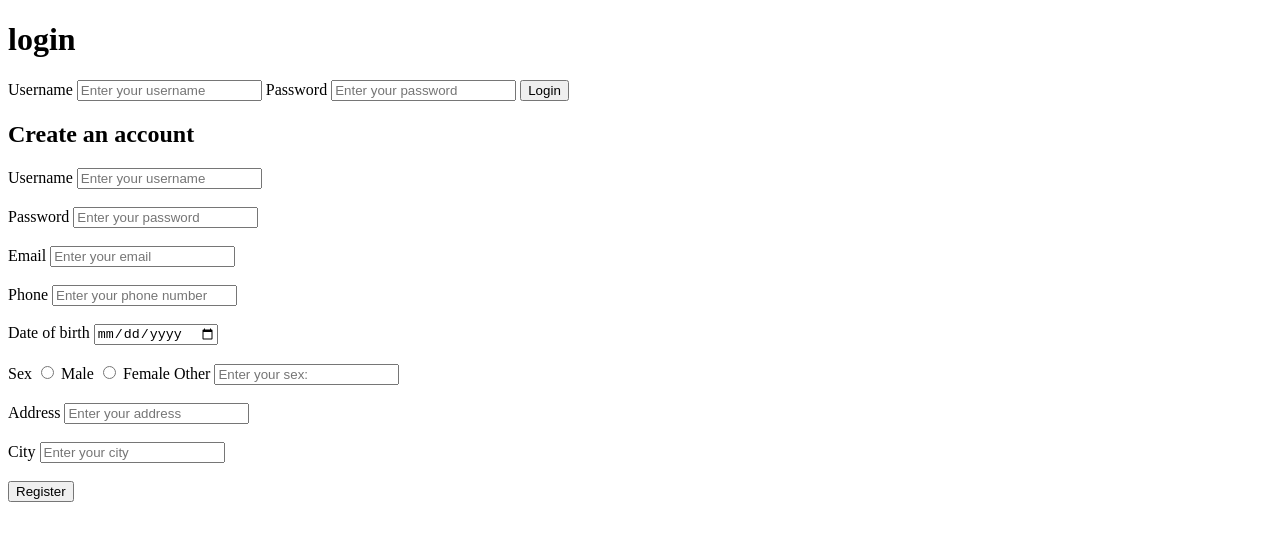
Repository: bao2222/hoc-lam-web
Page: welcome.html
The author's editor kept a copy of each file at every save. The page is drawn from the files as they stood at one save, then again after the next save.
The browser window is 1280 px wide. The pictures show the whole page.

Above is the page before, as saved 2024-12-30 09:01:43.

### welcome.html
<!DOCTYPE html>
<html lang="en">

    <head>
        <meta charset="UTF-8">
        <title>Welcome</title>
        <meta content = "this is my website" name = "description">
        <meta author = "me">




    </head>

    <body>
        <h1>login</h1>
        <div>
            <div class="login">
                <form action="project.js" method="POST" >

                    <label for="username">Username</label>
                    <input type="text" id="username" placeholder="Enter your username" name="username" required>

                    <label for="password">Password</label>
                    <input type="password" id="password" placeholder="Enter your password" name="password" required>

                    <button type="submit">Login</button>

                </form>
            </div>

            <h2>Create an account</h2>
            <div>
                <div class="register">
                    <form action="project.js" method="POST" >

                        <label for="register_username">Username</label>
                        <input type="text" id="register_username" placeholder="Enter your username" name="register_username" required><br><br>

                        <label for="register_password">Password</label>
                        <input type="password" id="register_password" placeholder="Enter your password" name="password" required><br><br>

                        <label for="register_email">Email</label>
                        <input type="email" id="register_email" placeholder="Enter your email" name="email" required><br><br>

                        <label for="register_phone">Phone</label>
                        <input type="tel" id="register_phone" placeholder="Enter your phone number" name="phone" required><br><br>

                        <label for="register_dob">Date of birth</label>
                        <input type="date" id="register_dob" placeholder="Enter your date of birth" name="dob" required><br><br>

                        <label for="register_sex">Sex</label>
                        <input type="radio" id="register_male" name="sex" value="male" required>
                        <label for="register_male">Male</label>
                        <input type="radio" id="register_female" name="sex" value="female" required>
                        <label for="register_female">Female</label>
                        <label for="register_other">Other</label>
                        <input type="text" id="register_other" placeholder="Enter your sex: " name="other" required><br><br>

                        <label for="register_address">Address</label>
                        <input type="text" id="register_address" placeholder="Enter your address" name="address" required><br><br>

                        <label for="register_city">City</label>
                        <input type="text" id="register_city" placeholder="Enter your city" name="city" required><br><br>


                        <button type="submit">Register</button>

                    </form>



                </div>


            </div>



        </div>





    </body>





</html>

After the next save:
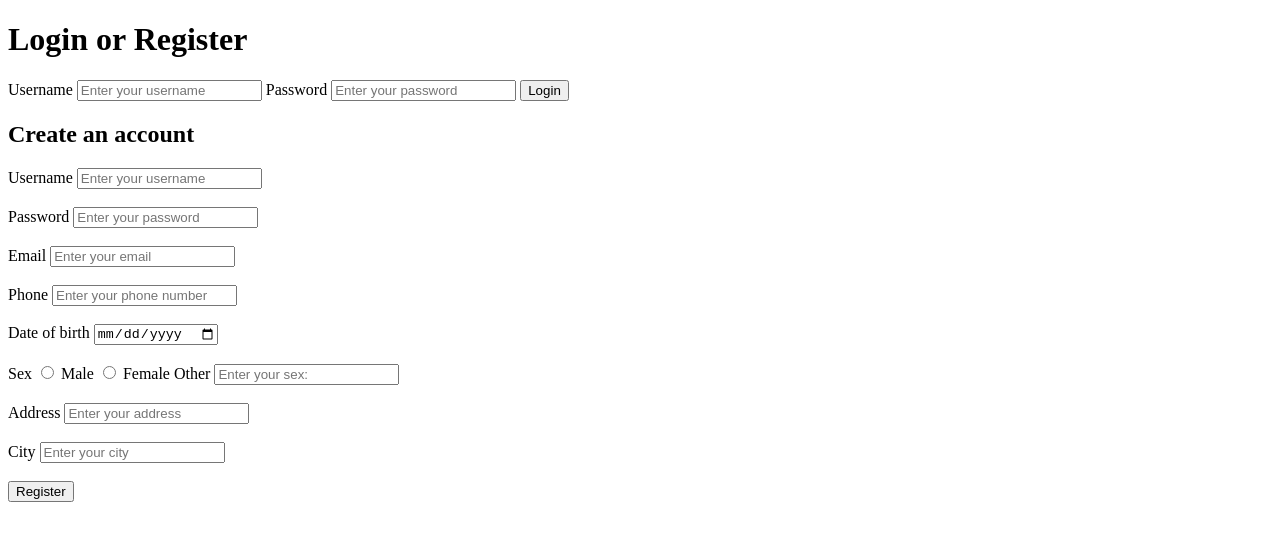
Saved 44 s later.
--- a/welcome.html
+++ b/welcome.html
@@ -13,7 +13,7 @@
     </head>
 
     <body>
-        <h1>login</h1>
+        <h1>Login or Register</h1>
         <div>
             <div class="login">
                 <form action="project.js" method="POST" >
